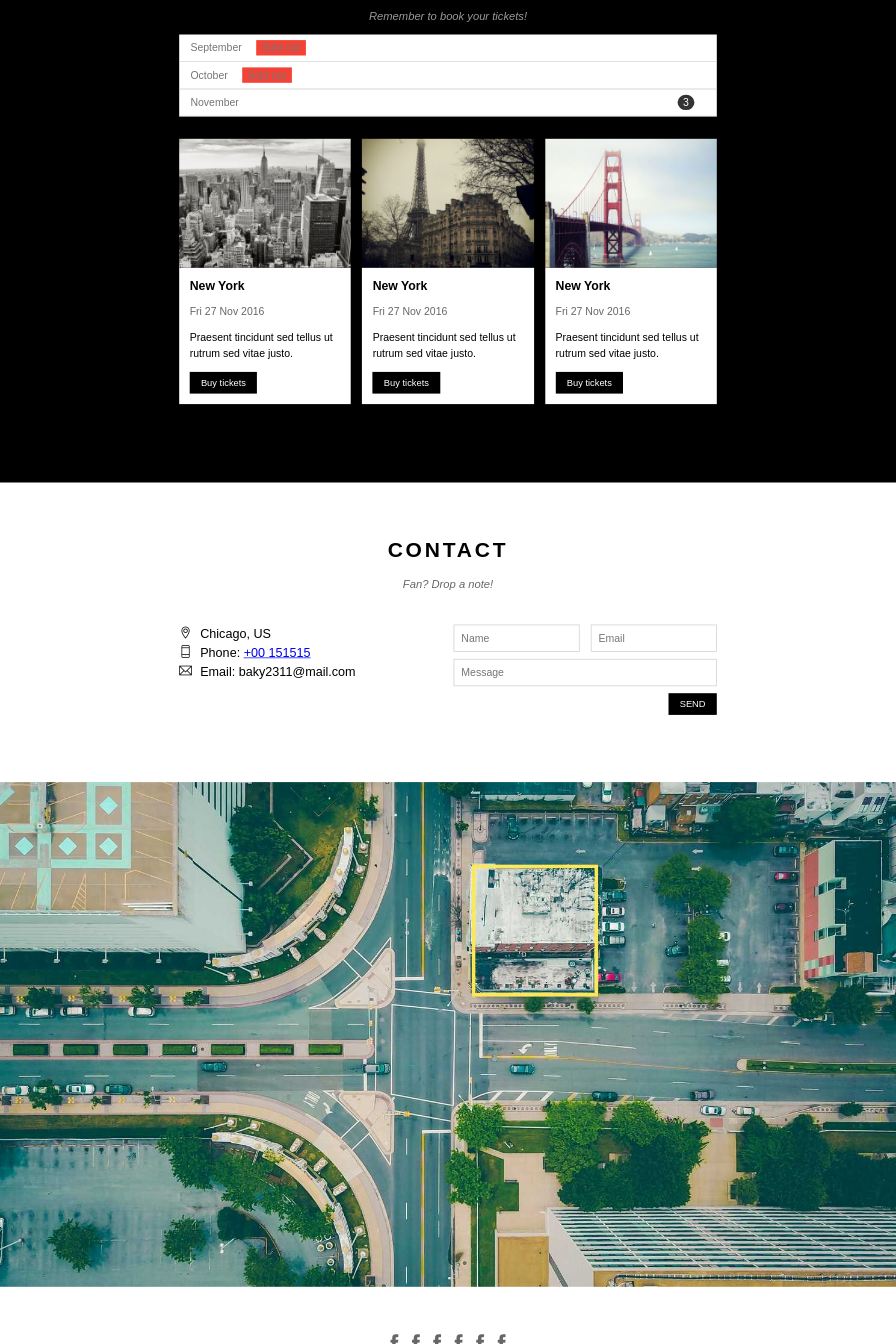
Repository: Bakyproit/the-Band
Page: index.html
An editor plug-in stored every save of this project. The page is shown before and after the next save, followed by the edit.
The browser window is 1280 px wide. The pictures show the part of the page from y = 1476 to 3396 px (the page is 3522 px tall), at 70% of full size.

Above is the page before, as saved 2022-01-04 09:20:53.

### index.html
<!DOCTYPE html>
<html lang="en">
<head>
    <meta charset="UTF-8">
    <meta http-equiv="X-UA-Compatible" content="IE=edge">
    <meta name="viewport" content="width=device-width, initial-scale=1.0">
    <link rel="stylesheet" href="./assets/fonts/themify-icons/themify-icons.css">
    <link rel="stylesheet" href="./assets/css/style.css">
    <link rel="stylesheet" href="./assets/css/reponsive.css">
    <title>The-Band</title>
</head>
<body>

    <div id="main">
        <!-- begin header   -->
        <div id="header">
            <!-- Begin : Nav -->
            <ul id="nav">
                <li>
                    <a href="#">Home</a>
                </li>
                <li><a href="#band">Band</a></li>
                <li><a href="#tour">Tour</a></li>
                <li><a href="#contact">Contact</a></li>
                <li>
                    <a href="#">
                        More
                        <i class="nav-arrow-down ti-angle-down"></i>

                    </a>
                    <ul class="subnav">
                        <li><a href="#">Merchandise</a></li>
                        <li><a href="#">Extras</a></li>
                        <li><a href="#">Media</a></li>
                    </ul>
                </li>
            </ul>
            <!-- End : Nav -->
            <!-- Begin : Search button -->
            <div class="search-btn">
                <i class="search-icon ti-search"></i>
            </div>
            <div class="mobile-menu-btn" id='mobile-menu'>
                <i class="menu-icon ti-menu"></i>
            </div>
            <!-- End : Search button-->


        </div>
        <!-- end header     -->
        <!-- Begin slider== -->
        <div id="slider">
            <div class="text-content">
                <h2 class="text-heading">Chicago</h2>
                <div class="text-description">Thank you, Chicago - A night we won't forget</div>
            </div>

        </div>
        <!-- End slider    -->
        <!-- Begin content -->
        <div id="content">
        <!-- The- band -->
            <div id ="band" class="content-section">
                <h2 class="section-heading">THE BAND</h2>
                <p class="section-sub-heading">We love music</p>
                <p class="about-text">We have created a fictional band website. Lorem ipsum dolor sit amet, consectetur adipiscing elit, sed do eiusmod tempor incididunt ut labore et dolore magna aliqua. Ut enim ad minim veniam, quis nostrud exercitation ullamco laboris nisi ut aliquip ex ea commodo consequat. Duis aute irure dolor in reprehenderit in voluptate velit esse cillum dolore eu fugiat nulla pariatur. Excepteur sint occaecat cupidatat non proident, sunt in culpa qui officia deserunt mollit anim id est laborum consectetur adipiscing elit, sed do eiusmod tempor incididunt ut labore et dolore magna aliqua. Ut enim ad minim veniam, quis nostrud exercitation ullamco laboris nisi ut aliquip ex ea commodo consequat.</p>
                <div class="member-list">
                    <div class="col-third member-item">
                        <p class="member-name">Name</p>
                        <img src="/assets/img/bandmember.jpg" alt="" class="member-img">
                    </div>
                    <div class="col-third member-item">
                        <p class="member-name">Name</p>
                        <img src="/assets/img/bandmember.jpg" alt="" class="member-img">
                    </div>
                    <div class="col-third member-item">
                        <p class="member-name">Name</p>
                        <img src="/assets/img/bandmember.jpg" alt="" class="member-img">
                    </div>

                </div>

            </div>
        <!-- Tour -->
            <div id ="tour" class="tour-section">
                <div class="content-section ">
                    <h2 class="section-heading text-white">TOUR DATES</h2>
                    <p class="section-sub-heading text-white">Remember to book your tickets!</p>
                    <ul class="tickets-list">
                        <li>
                            September
                            <span class="sold-out">Sold out</span>
                        </li>
                        <li>
                            October
                            <span class="sold-out" >Sold out</span>
                        </li>
                        <li>
                            November
                            <span class="quantity" >3</span>
                        </li>
                    </ul>
                    <!-- places - list -->
                    <div class="places-list row">
                        <div class="places-item  col col-third">
                            <img src="/assets/img/play/play1.jpg" alt="" class="places-img">
                            <div class="places-content">
                                <h3 class="places-name">New York</h3>
                                <p class="places-time">Fri 27 Nov 2016</p>
                                <p class="places-title">Praesent tincidunt sed tellus ut rutrum sed vitae justo.</p>
                                <button  class="btn js-buy-tickets s-full-width">Buy tickets</button>
                            </div>
                        </div>
                        <div class="places-item  col col-third ">
                            <img src="/assets/img/play/play2.jpg" alt="" class="places-img">
                            <div class="places-content">
                                <h3 class="places-name">New York</h3>
                                <p class="places-time">Fri 27 Nov 2016</p>
                                <p class="places-title">Praesent tincidunt sed tellus ut rutrum sed vitae justo.</p>
                                <button  class="btn js-buy-tickets s-full-width">Buy tickets</button>
                            </div>
                        </div>
                        <div class="places-item  col col-third">
                            <img src="/assets/img/play/play3.jpg" alt="" class="places-img">
                            <div class="places-content">
                                <h3 class="places-name">New York</h3>
                                <p class="places-time">Fri 27 Nov 2016</p>
                                <p class="places-title">Praesent tincidunt sed tellus ut rutrum sed vitae justo.</p>
                                <button  class="btn js-buy-tickets s-full-width">Buy tickets</button>
                            </div>
                        </div>
                    </div>
                </div>
            </div>
        <!--    Contact -->
            <div id ="contact" class="content-section">
                <h2 class="section-heading ">CONTACT</h2>
                <p class="section-sub-heading ">Fan? Drop a note!</p>
                <!-- contact - content -->
                <div class="row contact-content">
                    <div class="col col-half s-col-full contact-info">
                        <p><i class="ti-location-pin"></i>Chicago, US</p>
                        <p><i class="ti-mobile"></i>Phone: <a href="tel:+00 151515">+00 151515</a></p>
                        <p><i class="ti-email"></i>Email: <a href="mailto:baky2311@mail.com"></a> baky2311@mail.com</p>
                    </div>
                    <div class="col col-half s-col-full contact-form">
                        <form action="">
                            <div class="row flex contact-name-email">
                                <div class="col col-half s-col-full contact__input">
                                    <input type="text" name="" placeholder="Name" required id="" class="form-control">
                                </div>
                                <div class="col col-half s-col-full contact__input">
                                    <input type="email" name="" placeholder="Email" required  id="" class="form-control">
                                </div>
                            </div>

                            <div class="row ">
                                <div class="col col-full">
                                    <input type="text" name="" placeholder="Message" required id="" class="form-control">
                                </div>
                            </div>
                            <input type="submit" value="SEND" class="btn pull-right s-full-width">
                        </form>
                    </div>
                </div>
            </div>
        <!-- map -->
            <div class="map-section">
                <img src="./assets/img/map.jpg" alt="Map">
            </div>

        </div>
        <!-- End content -->
        <!-- Begin footer -->
        <div id="footer">
            <div class="social-list">
                <a href=""><i class="ti-facebook"></i></a>
                <a href=""><i class="ti-facebook"></i></a>
                <a href=""><i class="ti-facebook"></i></a>
                <a href=""><i class="ti-facebook"></i></a>
                <a href=""><i class="ti-facebook"></i></a>
                <a href=""><i class="ti-facebook"></i></a>
            </div>
            <p class="copy-right">Powered by <a href="">w3.css</a></p>
        </div>
        <!-- end-footer -->
        <!-- modal -->
        <div class="modal js-modal">
            <div class="modal-container js-modal-container">
                <div class="modal-close js-modal-close">
                    <i class="ti-close"></i>
                </div>
                <!-- header -->
                <header class="modal-header">
                    <i class="ti-bag"></i>
                    Tickets
                </header>
                <!-- body -->
                <div class="modal-body">
                    <label for="ticket-quantity" class="model-label">
                        <i class="ti-shopping-cart"></i>
                        Tickets, $15 per person
                    </label>
                    <input id="ticket-quantity" type="text" class="modal-input" placeholder="Howmany ?">


                    <label for="ticket-email" class="model-label">
                        <i class="ti-user"></i>
                        Send To
                    </label>
                    <input id= "ticket-email" type="text" class="modal-input" placeholder="Enter email ?">

                    <button class="buy-tickets">
                        Pay
                        <i class="ti-check"></i>
                    </button>
                </div>
                <footer class="modal-footer">
                    <p class="modal-help">Need <a href="">help?</a></p>
                </footer>
            </div>
        </div>
        <!-- end modal -->
        <!-- javascript -->
        <script>
            const buyBtns = document.querySelectorAll('.js-buy-tickets')
            const modal = document.querySelector('.js-modal')
            const modalClose = document.querySelector('.js-modal-close')
            const modalContainer =document.querySelector('.js-modal-container')
            function buyTickets(){
                modal.classList.add('open')
            }
            function hiddenBuyTickets(){
                modal.classList.remove('open')
            }


            for(const buyBtn of buyBtns){
                buyBtn.addEventListener('click' ,buyTickets )
            }
            modalClose.addEventListener('click' , hiddenBuyTickets)
            modal.addEventListener('click' , hiddenBuyTickets)
            modalContainer.addEventListener('click' , function (event){
                event.stopPropagation()
            })


            // dong mo menu
            var header = document.getElementById('header') ;
            var mobileMenu = document.getElementById('mobile-menu') ;
            var headerHeight = header.clientHeight ;
            mobileMenu.onclick= function(){
                // console.log(header.clientHeight);
                var isClosed = header.clientHeight === headerHeight ;
                if(isClosed){
                    header.style.height = 'auto' ;
                }else {
                    header.style.height = null ;
                }
            }
            //  tu dong dong khi chon menu
            var menuItems = document.querySelectorAll('#nav li a[href*="#"]') ;
            console.log(menuItems) ;
            for(var i = 0;i < menuItems.length ;i++) {
                var menuItem = menuItems[i] ;

                menuItem.onclick = function(event){
                    // kiem tra ae lien ke no
                    var isParentMenu = this.nextElementSibling &&
                            this.nextElementSibling.classList.contains('subnav') ;
                    if(isParentMenu){
                        event.preventDefault() ;
                    }else{
                        header.style.height = null ;
                    }
                }
            }

        </script>
        <!-- javascript -->
    </div>
</body>
</html>



<!-- hang row -->

### assets/css/style.css
/*
Reset css
*/
*{
    padding: 0;
    margin:  0;
    box-sizing: border-box;
}
html {
    font-family: Arial, Helvetica, sans-serif;
    scroll-behavior: smooth;
}
#main {

}
.text-white{
    color:#fff !important;
}
.btn{
    display: inline-block;
    text-decoration: none;
    padding: 8px 16px;
    color: #fff;
    background-color: #000;
    border : none  ;
}
.btn:hover{
    color: #000!important;
    background-color: #ccc!important;
    cursor: pointer;
}

.pull-right{
    float: right !important ;
}
.flex{
    display: flex;
    flex-wrap: wrap;
}

.row {
    margin-left: -8px;
    margin-right: -8px;
}
.col {
    padding-left: 8px;
    padding-right: 8px;
}
.col-third{
    width: 33.33333%;
}
.col-half{
    width: 50%;
}
.col-full{
    width: 100%;
}
/* =====header===== */
#header {
    height: 46px;
    background-color: #000;
    position: fixed;
    top : 0 ;
    right: 0;
    left : 0;
    z-index: 1;
}
#nav{
    display: inline-block;
}
#nav .subnav {
    list-style-type: none;
}
/* nav */
#nav > li{
    display: inline-block;
    position: relative;
}
#nav li a{
    display: inline-block;
    color : #fff ;
    text-decoration: none;
    line-height: 46px;
    padding: 0px 24px;
    text-transform: uppercase;
}
#nav > li:hover > a,
#nav .subnav li:hover a{
    color : #000 ;
    background-color: #ccc;
}
/*     subnav */
#nav .subnav{
    display: none;
    position: absolute;
    top:100% ;
    background-color: #fff;
    /* bong do */
    box-shadow: 0 0 10px rgba(0, 0, 0,0.5) ;
    min-width: 160px;
}
#nav li:hover .subnav {
    display: block ;
}

#nav .subnav  a{
    display:  block;
    color: #000;
    padding: 0 12px;
    line-height: 38px;
}
#nav .nav-arrow-down{
    font-size: 14px;
}
.mobile-menu-btn{
    position: absolute;
    top: 0;
    right: 0;
}
.mobile-menu-btn,
#header .search-btn{
    float: right;
    padding: 0 21px;
}

#header .search-btn:hover{
    cursor: pointer;
    background-color:#f44336 ;
}
#header .mobile-menu-btn:hover {
    background-color:#ccc ;
}
#header .mobile-menu-btn:hover .menu-icon{
    color: #000;
}
#header .menu-icon ,
#header .search-icon{
    color : #fff ;
    font-size: 20px;
    line-height: 46px;
}


/* ====end header=======                 */
/*      Begin slider                     */
#slider {
    margin-top: 46px;
    padding-top:50%;
    /* luon bang 50% chieu rong */
    background: url('/assets/img/slider/slider1.jpg') top center / cover no-repeat;
    position: relative;
}
#slider .text-content{
    position: absolute;
    bottom: 48px;
    left:50%;
    color:#fff ;
    transform: translateX(-50%);
    text-align: center;

}
#slider .text-heading{
    margin:  0 0 25px 0 ;
    font-weight: 500px;
    font-size: 24px;
}
#slider .text-description{
    font-size: 15px;
}
/*    End slider                     */
/*    Begin content                  */
#content {
    color : #000 ;
}
#content .content-section{
    width: 800px;
    max-width: 100%;
    margin-left: auto;
    margin-right: auto;
    padding: 64px 16px;

}
#content .section-heading{
    margin: 10px 0;
    font-size: 30px;
    text-align: center;
    font-weight: 400px;
    letter-spacing: 4px;
    line-height: 45px;
}
#content .section-sub-heading{
    margin:15px 0 ;
    text-align: center;
    font-style: italic;
    opacity: 0.6;
    line-height: 22px;
}
/*             About                   */
#content .about-text{
    margin: 15px 0 ;
    font-size: 14px;
    text-align: justify ;
    line-height: 1.6;

}
#content .member-list{
    padding: 32px 0 ;
    display: flex;
    flex-wrap: wrap;
    text-align: center;
}

#content  .member-name{
    margin: 15px 0;
    font-size: 15px;
    line-height: 22px;
}
#content  .member-img{
    margin-bottom: 10px;
    width: 154px;
    border-radius: 4px;
}

/*                   Tour                        */
.tour-section{
    background-color: black;
    color:#fff ;
}
.tour-section .tickets-list li{
    list-style: none;
    color: #757575;
    padding: 8px 16px;
    font-size: 15px;
    line-height: 22px;
    background-color: #fff;
    border-bottom: 1px solid #ddd;
}
.tour-section  .sold-out{
    display: inline-block;
    background-color: #f44336;
    padding: 0 8px;
    margin-left:16px;
}
.tour-section .quantity{
    display: inline-block;
    padding: 0 8px;
    margin-right: 16px;
    background-color: #333;
    color:#fff ;
    border-radius: 50%;
    float: right;
}

.places-list{
    display: flex;
    flex-wrap: wrap;
    color: #000;
    font-size: 15px;
    padding: 32px 0 ;
}
.places-item{
    margin-bottom: 16px;
}

.places-img{
    width: 100%;
    display: block;
}
.places-img:hover{
    opacity: 0.6;
}
.places-content{
    padding: 15px;
    line-height: 22px;
    background-color: #fff;
}
.places-name{
}
.places-time{
    margin-top: 15px ;
    opacity: 0.6;
}
.places-title{
    margin: 15px 0 ;
    line-height: 1.5;
}




/*                  contact            */

.contact-content{
    display: flex;
    flex-wrap: wrap;
    padding-bottom: 32px  ;
    padding-top: 32px;
}
.contact-info{
    font-size: 18px;
    line-height: 1.5;
}
.contact-info i[class*="ti-"]{
    display: inline-block;
    width: 30px;

}

.contact-form .form-control{
    font-size: 15px;
    padding: 10px ;
    border : 1px solid #ccc ;
    width: 100%;
    margin-bottom: 10px;
}
/*                      Map-section                        */
.map-section img {
    width: 100%;
}


/*                      end content                 */
/*                      Begin footer                */

#footer {
    padding: 64px 16px;
    text-align: center;
}
#footer .social-list{
    font-size: 24px;

}
#footer .social-list a {
    text-decoration: none;
    color: rgba(0, 0, 0,0.6);

}
#footer .social-list a:hover{
    color: rgba(0, 0, 0,0.4);
}
#footer .copy-right{
    margin: 15px  0 ;
    color: rgba(0, 0, 0,0.6);
}
#footer .copy-right a{
    color: rgba(0, 0, 0,0.6);
}
/*                         end footer                */
/*                         modal                   */
.modal{
    position: fixed;
    top:0;
    right: 0 ;
    bottom: 0;
    left: 0;
    background: rgba(0,0,0,0.4);
    align-items: center;
    justify-content: center;
    display: none;
}
.modal.open{
    display: flex;
}
.modal-container{
    background-color: #fff;
    width: 900px;
    min-height: 300px;
    position: relative;
    animation: modalFaceIn ease .6s;
}
.modal-close {
    position: absolute;
    top: 0;
    right: 0;
    padding: 8px 16px;
    line-height: 36px;
    color:#fff ;
}
.modal-close:hover{
    color:#000 ;
    background: #ccc;
    opacity: 0.6;
}
.modal-header{
    background-color: #009688;
    height: 130px;
    font-size: 30px ;
    color:#fff ;
    display: flex;
    align-items: center;
    justify-content: center;
    padding: 32px 16px;
}
.modal-header i {
    margin-right: 20px;
}
.modal-body{
    padding: 0 16px ;
    margin-top: 15px;
}
.model-label{
    display: block;
    font-size: 15px;
    color: #000;
    padding: 2.5px 0;

}
.modal-input {
    padding: 11.5px 8px;
    border : 1px solid #ccc ;
    width: 100%;
    margin: 15px 0;
}

.buy-tickets{
    background-color: #009688;
    padding:18.5px 16px;
    margin-bottom: 16px;
    width: 100%;
    font-size: 15px;
    border :0 ;
}

.buy-tickets:hover{
    color:#000 ;
    background: #ccc;
}


.modal-footer{
    display: inline-block;
    margin: 15px 0;
    padding: 2.5px 16px ;
    font-size: 15px;
    float: right;
}
.modal-footer .modal-help{
}
.modal-footer a{
    color :#2196F3 ;
}



@keyframes modalFaceIn{

    from{
        opacity: 0;
        transform: translateY(-140px);
    }
    to{
        opacity: 1;
        transform: translateY(0);
    }
}

### assets/css/reponsive.css


/* mobile */
@media (max-width:739px) {
    .s-full-width,
    .s-col-full{
        width: 100% !important ;
    }
    /* header */
    #header {
        overflow: hidden;
    }
    #header .search-btn{
        display: none;
    }
    #nav {
        display: block;
    }
    #nav > li{
        display: block;
    }
    #nav > li:first-child{
        display: inline-block;
    }
    #nav li a {
        display: block;
    }
    #nav .subnav{
        position: inherit;
        background-color: #333;
    }
    #nav .subnav  a{
        color:#fff ;
        padding: 5px 41px;
    }
    /* content */
    #content .member-item{
        width: 100%;
        margin-top: 30px;
    }
    #content  .member-img{
        width: 60%;
    }
    /* places */
    .places-list .places-item{
        width: 100%;
    }
    /* contact */
    .contact-info{
        width: 100%;
        margin-bottom: 16px;
    }
    .contact-name-email{
        margin-bottom: 10px;
    }

    /* .places-content .btn{
        width: 100%;
    } */
}

/* tablet */
@media (min-width:740px) and (max-width:1023px) {
    .mobile-menu-btn {
        display: none;
    }
}

/* PC */
@media (min-width:1024px) {
    .mobile-menu-btn {
        display: none;
    }
}

Loaded but not shown: assets/fonts/themify-icons/themify-icons.css (common file)

After the next save:
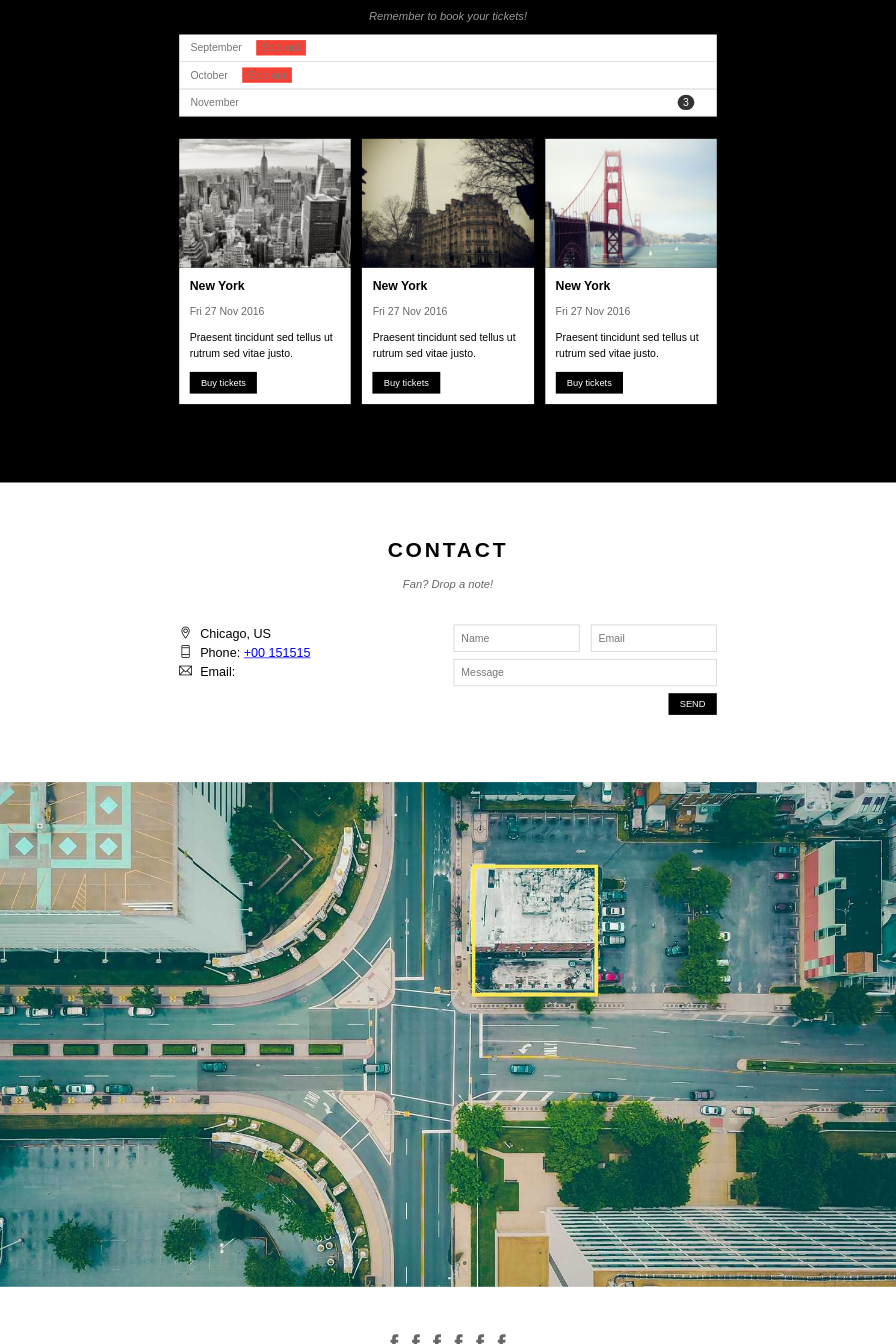
Saved 6 s later.
--- a/index.html
+++ b/index.html
@@ -141,7 +141,7 @@
                     <div class="col col-half s-col-full contact-info">
                         <p><i class="ti-location-pin"></i>Chicago, US</p>
                         <p><i class="ti-mobile"></i>Phone: <a href="tel:+00 151515">+00 151515</a></p>
-                        <p><i class="ti-email"></i>Email: <a href="mailto:baky2311@mail.com"></a> baky2311@mail.com</p>
+                        <p><i class="ti-email"></i>Email: <a href="mailto:baky2311@mail.com"></a></p>
                     </div>
                     <div class="col col-half s-col-full contact-form">
                         <form action="">
